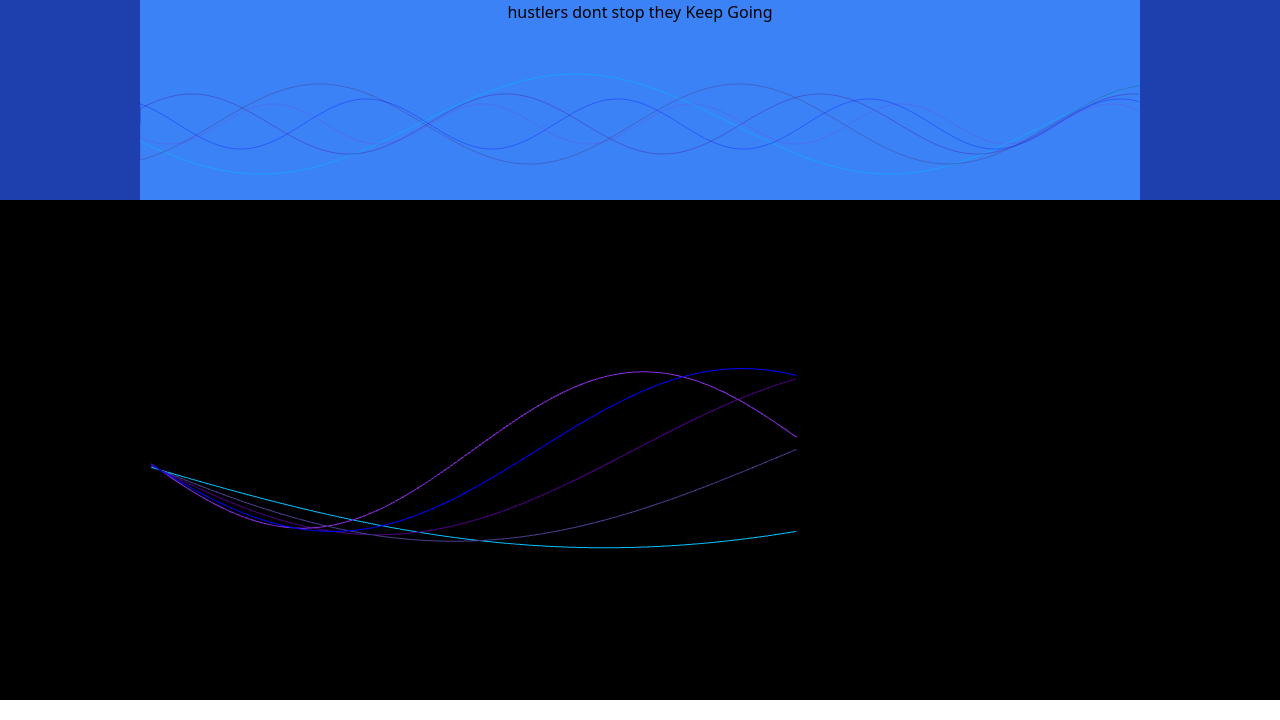
Repository: TMuse333/quantum-experiments
Page: /
The author's editor kept a copy of each file at every save. The page is drawn from the files as they stood at one save, then again after the next save.
The browser window is 1280 px wide. The pictures show the whole page.
The project was rebuilt for these pictures with package versions that can differ from the ones it lists, and the page was loaded fresh each time. Also part of the build but not shown: vite.config.ts.

Above is the page before, as saved 2024-06-08 18:29:23.

### src/App.tsx
import { useState } from 'react'
import reactLogo from './assets/react.svg'
import viteLogo from '/vite.svg'
import './App.css'
import SineWave from './components/sineWave/sineWave'
import ThreeJSWave from './components/sineWave/threeeJsWave/threeJsWave'

function App() {
  const [count, setCount] = useState(0)

  return (
    <>
    <div className='bg-blue-800 absolute top-0 left-0
    flex items-center flex-col justify-center w-screen'>


     <SineWave/>
     <ThreeJSWave/>
     </div>
    </>
  )
}

export default App

### src/components/sineWave/sineWave.tsx
import React, { useRef, useEffect } from 'react';

const SineWave: React.FC = () => {
  const canvasRef = useRef<HTMLCanvasElement | null>(null);

  useEffect(() => {
    const canvas = canvasRef.current;
    if (!canvas) return;

    const c = canvas.getContext('2d');
    if (!c) return;

    const waves = [
      {
        amplitude: 50,
        frequency: 0.01,
        speed: 0.02,
        xOffset: 0,
        color: 'rgba(0, 191, 255, 0.5)', // Sky Blue
      },
      {
        amplitude: 30,
        frequency: 0.02,
        speed: 0.03,
        xOffset: 0,
        color: 'rgba(75, 0, 130, 0.3)', // Indigo
      },
      {
        amplitude: 20,
        frequency: 0.03,
        speed: 0.04,
        xOffset: 0,
        color: 'rgba(138, 43, 226, 0.2)', // Blue Violet
      },
      {
        amplitude: 40,
        frequency: 0.015,
        speed: 0.025,
        xOffset: 0,
        color: 'rgba(72, 61, 139, 0.4)', // Dark Slate Blue
      },
      {
        amplitude: 25,
        frequency: 0.025,
        speed: 0.035,
        xOffset: 0,
        color: 'rgba(0, 0, 255, 0.3)', // Blue
      },
    ];

    const resizeHandler = () => {
      canvas.width = canvas.parentElement?.clientWidth ?? window.innerWidth;
      canvas.height = canvas.parentElement?.clientHeight ?? window.innerHeight;
    };

    window.addEventListener('resize', resizeHandler);
    resizeHandler();

    const draw = () => {
      c.clearRect(0, 0, canvas.width, canvas.height);
      waves.forEach((wave) => {
        c.beginPath();
        c.moveTo(0, canvas.height / 2);
        for (let x = 0; x < canvas.width; x++) {
          const y = canvas.height / 2 + Math.sin(x * wave.frequency + wave.xOffset) * wave.amplitude;
          c.lineTo(x, y);
        }
        c.strokeStyle = wave.color;
        c.stroke();
        wave.xOffset += wave.speed;
      });
      requestAnimationFrame(draw);
    };

    draw();

    return () => {
      window.removeEventListener('resize', resizeHandler);
    };
  }, []);

  return (
    <div className='w-screen bg-blue-500 relative h-[200px] max-w-[1000px] ml-auto mr-auto'>
        <h1>hustlers dont stop they Keep Going</h1>
      <canvas className='h-full w-full' ref={canvasRef} />
    </div>
  );
};

export default SineWave;

### src/components/sineWave/threeeJsWave/threeJsWave.tsx
import React, { useRef, useEffect } from 'react';
import * as THREE from 'three';

const ThreeJSWave: React.FC = () => {
  const containerRef = useRef<HTMLDivElement | null>(null);
  const frameId = useRef<number | null>(null);

  useEffect(() => {
    const container = containerRef.current;
    if (!container) return;

    const scene = new THREE.Scene();
    const camera = new THREE.PerspectiveCamera(75, container.clientWidth / container.clientHeight, 0.1, 1000);
    const renderer = new THREE.WebGLRenderer({ antialias: true });

    renderer.setSize(container.clientWidth, container.clientHeight);
    container.appendChild(renderer.domElement);

    // Adjust camera position to the left
    camera.position.set(-2.5, 0, 5);

    // Create waves
    const createWaveMesh = (amplitude: number, frequency: number, color: number, segments: number) => {
      const geometry = new THREE.BufferGeometry();
      const positions = new Float32Array(segments * 3);

      for (let i = 0; i < segments; i++) {
        positions[i * 3] = (i / segments) * 10 - 10; // Adjust x-position to the left
        positions[i * 3 + 1] = 0; // y
        positions[i * 3 + 2] = 0; // z
      }

      geometry.setAttribute('position', new THREE.BufferAttribute(positions, 3));

      const material = new THREE.LineBasicMaterial({ color });
      const line = new THREE.Line(geometry, material);

      return { line, amplitude, frequency, offset: 0 };
    };

    const waves = [
      createWaveMesh(1.5, 0.02, 0x00bfff, 100), // Sky Blue
      createWaveMesh(1.3, 0.04, 0x4b0082, 100), // Indigo
      createWaveMesh(1.2, 0.06, 0x8a2be2, 100), // Blue Violet
      createWaveMesh(1.4, 0.03, 0x483d8b, 100), // Dark Slate Blue
      createWaveMesh(1.25, 0.05, 0x0000ff, 100), // Blue
    ];

    waves.forEach(wave => scene.add(wave.line));

    const animate = () => {
      waves.forEach(wave => {
        const positions = wave.line.geometry.attributes.position.array as Float32Array;
        for (let i = 0; i < positions.length / 3; i++) {
          positions[i * 3 + 1] = Math.sin(i * wave.frequency + wave.offset) * wave.amplitude;
        }
        wave.line.geometry.attributes.position.needsUpdate = true;
        wave.offset += 0.01;
      });

      renderer.render(scene, camera);
      frameId.current = requestAnimationFrame(animate);
    };

    animate();

    const handleResize = () => {
      if (container) {
        camera.aspect = container.clientWidth / container.clientHeight;
        camera.updateProjectionMatrix();
        renderer.setSize(container.clientWidth, container.clientHeight);
      }
    };

    window.addEventListener('resize', handleResize);

    return () => {
      if (frameId.current !== null) {
        cancelAnimationFrame(frameId.current);
      }
      window.removeEventListener('resize', handleResize);
      container.removeChild(renderer.domElement);
    };
  }, []);

  return (
    <div className='w-screen bg-red-900'>
      <div className='w-full h-[500px]  mr-auto bg-red-400' ref={containerRef}></div>
    </div>
  );
};

export default ThreeJSWave;

Loaded but not shown: index.html (common file); src/main.tsx (common file); src/index.css (common file); src/App.css (common file); tailwind.config.js (common file)

After the next save:
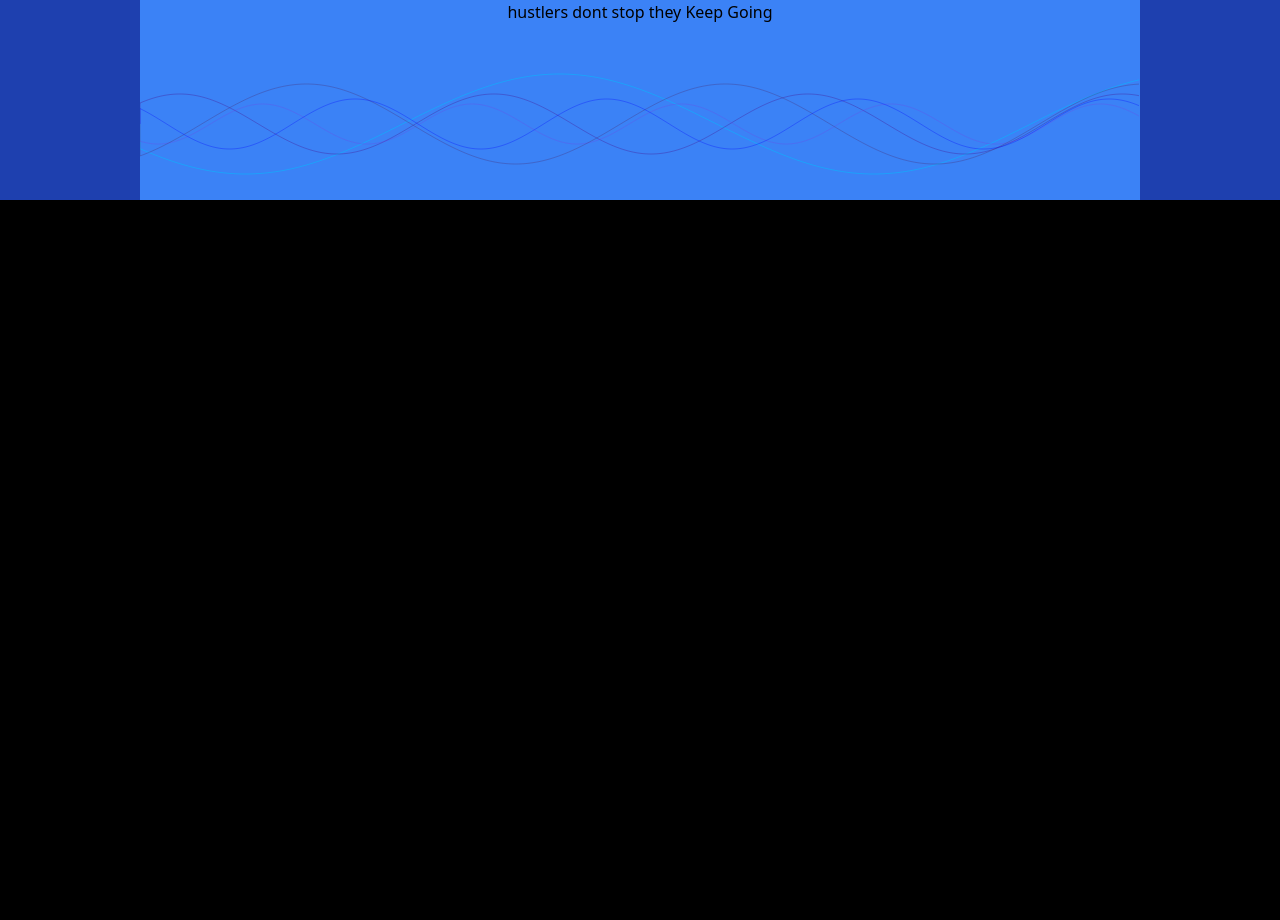
Saved 53 s later.
--- a/src/components/sineWave/threeeJsWave/threeJsWave.tsx
+++ b/src/components/sineWave/threeeJsWave/threeJsWave.tsx
@@ -16,8 +16,8 @@ const ThreeJSWave: React.FC = () => {
     renderer.setSize(container.clientWidth, container.clientHeight);
     container.appendChild(renderer.domElement);
 
-    // Adjust camera position to the left
-    camera.position.set(-2.5, 0, 5);
+    // Adjust camera position to center the waves
+    camera.position.z = 5;
 
     // Create waves
     const createWaveMesh = (amplitude: number, frequency: number, color: number, segments: number) => {
@@ -25,7 +25,7 @@ const ThreeJSWave: React.FC = () => {
       const positions = new Float32Array(segments * 3);
 
       for (let i = 0; i < segments; i++) {
-        positions[i * 3] = (i / segments) * 10 - 10; // Adjust x-position to the left
+        positions[i * 3] = (i / segments) * 20 - 10; // Adjust x-position to span entire screen
         positions[i * 3 + 1] = 0; // y
         positions[i * 3 + 2] = 0; // z
       }
@@ -55,7 +55,7 @@ const ThreeJSWave: React.FC = () => {
           positions[i * 3 + 1] = Math.sin(i * wave.frequency + wave.offset) * wave.amplitude;
         }
         wave.line.geometry.attributes.position.needsUpdate = true;
-        wave.offset += 0.01;
+        wave.offset += wave.speed;
       });
 
       renderer.render(scene, camera);
@@ -84,8 +84,8 @@ const ThreeJSWave: React.FC = () => {
   }, []);
 
   return (
-    <div className='w-screen bg-red-900'>
-      <div className='w-full h-[500px]  mr-auto bg-red-400' ref={containerRef}></div>
+    <div className='w-screen h-screen bg-red-900'>
+      <div className='w-full h-full' ref={containerRef}></div>
     </div>
   );
 };
